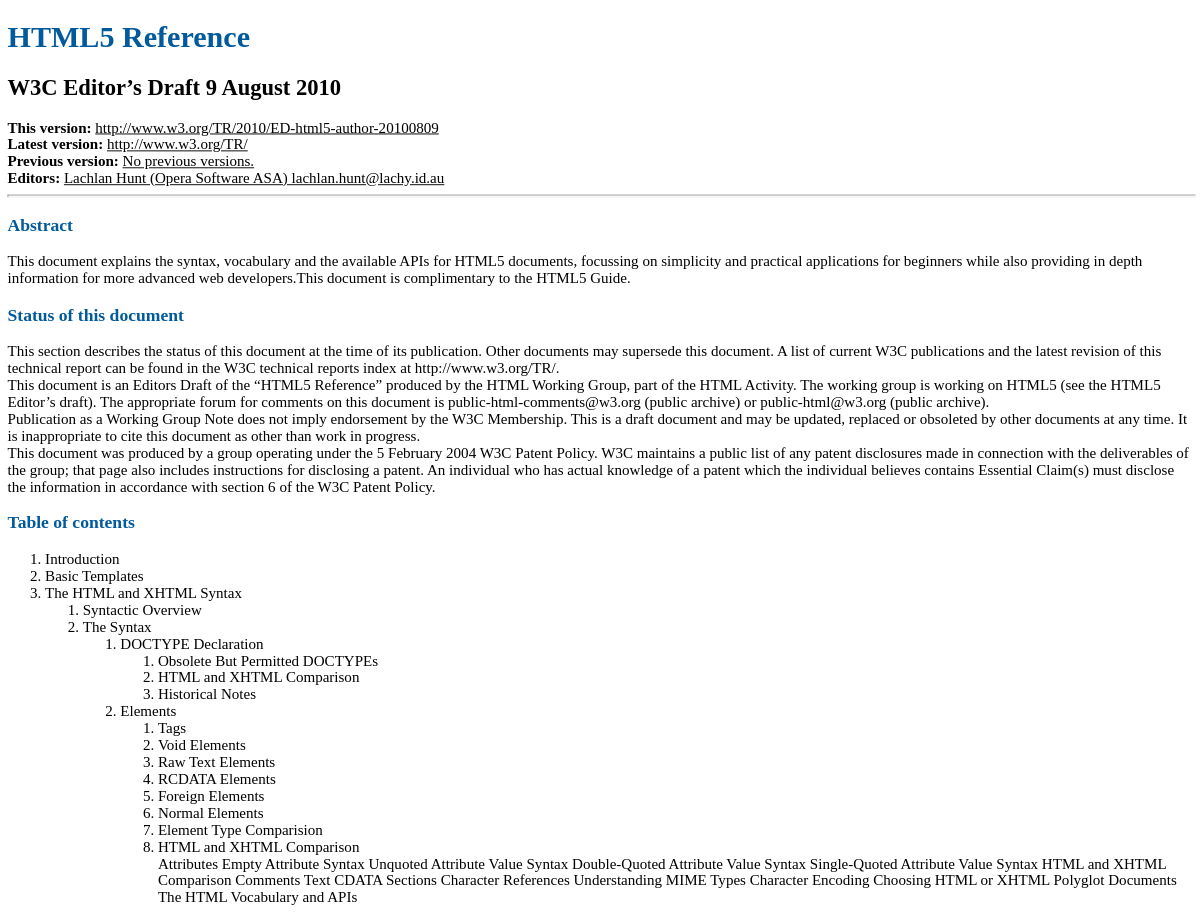
Repository: sinsujung/client
Page: ClientTest/src/main/webapp/문제/ex05.html
An editor plug-in stored every save of this project. The page is shown before and after the next save, followed by the edit.
The browser window is 1280 px wide. The pictures show the whole page, at 94% of full size.

Above is the page before, as saved 2023-09-20 08:30:18.

After the next save:
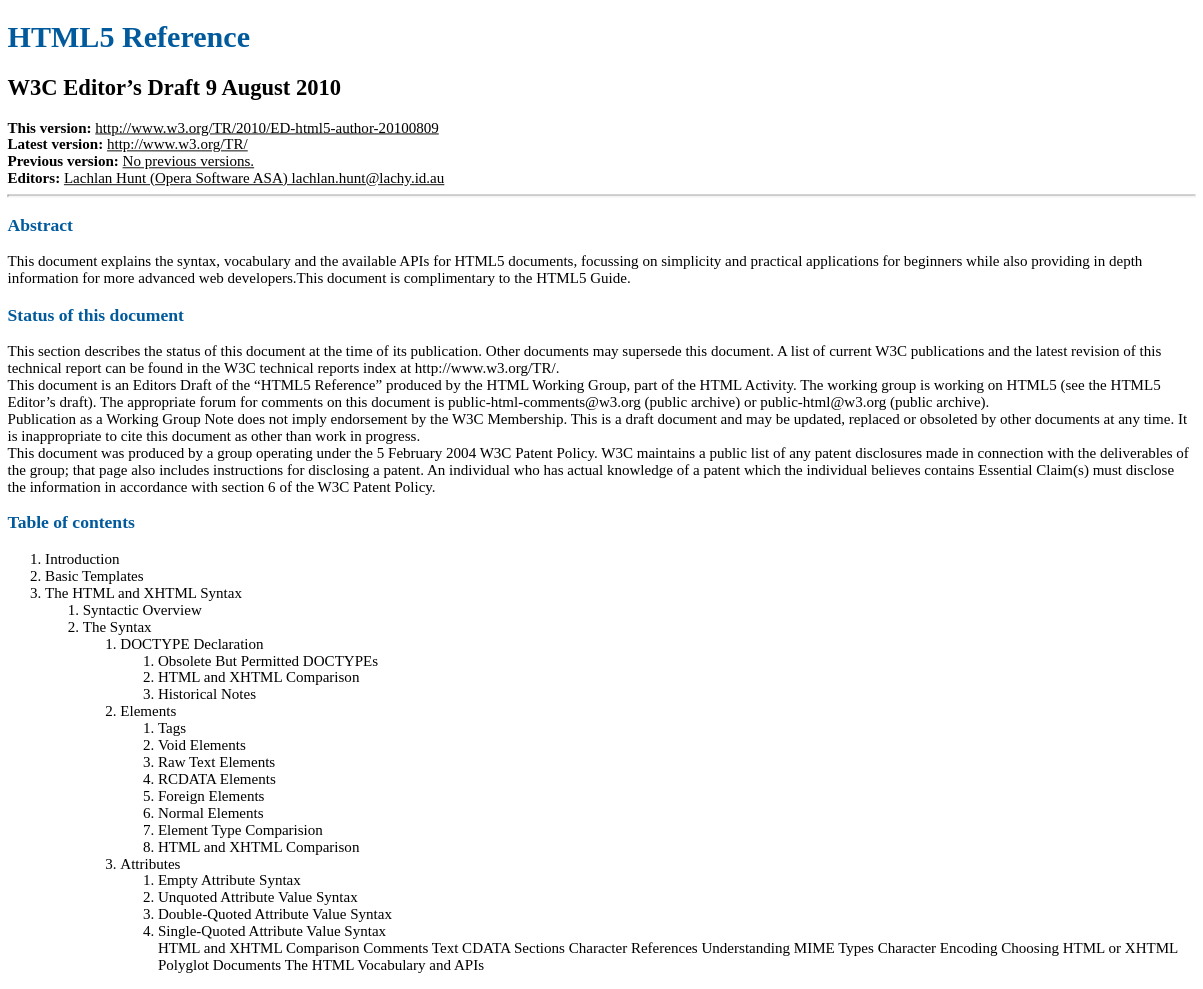
Saved 42 s later.
--- a/ClientTest/src/main/webapp/문제/ex05.html
+++ b/ClientTest/src/main/webapp/문제/ex05.html
@@ -57,11 +57,13 @@
 	<li>Normal Elements</li>
 	<li>Element Type Comparision</li>
 	<li>HTML and XHTML Comparison</li>
-Attributes
-Empty Attribute Syntax
-Unquoted Attribute Value Syntax
-Double-Quoted Attribute Value Syntax
-Single-Quoted Attribute Value Syntax
+</ol>
+<li>Attributes</li>
+<ol>
+	<li>Empty Attribute Syntax</li>
+	<li>Unquoted Attribute Value Syntax</li>
+	<li>Double-Quoted Attribute Value Syntax</li>
+	<li>Single-Quoted Attribute Value Syntax</li>
 HTML and XHTML Comparison
 Comments
 Text
